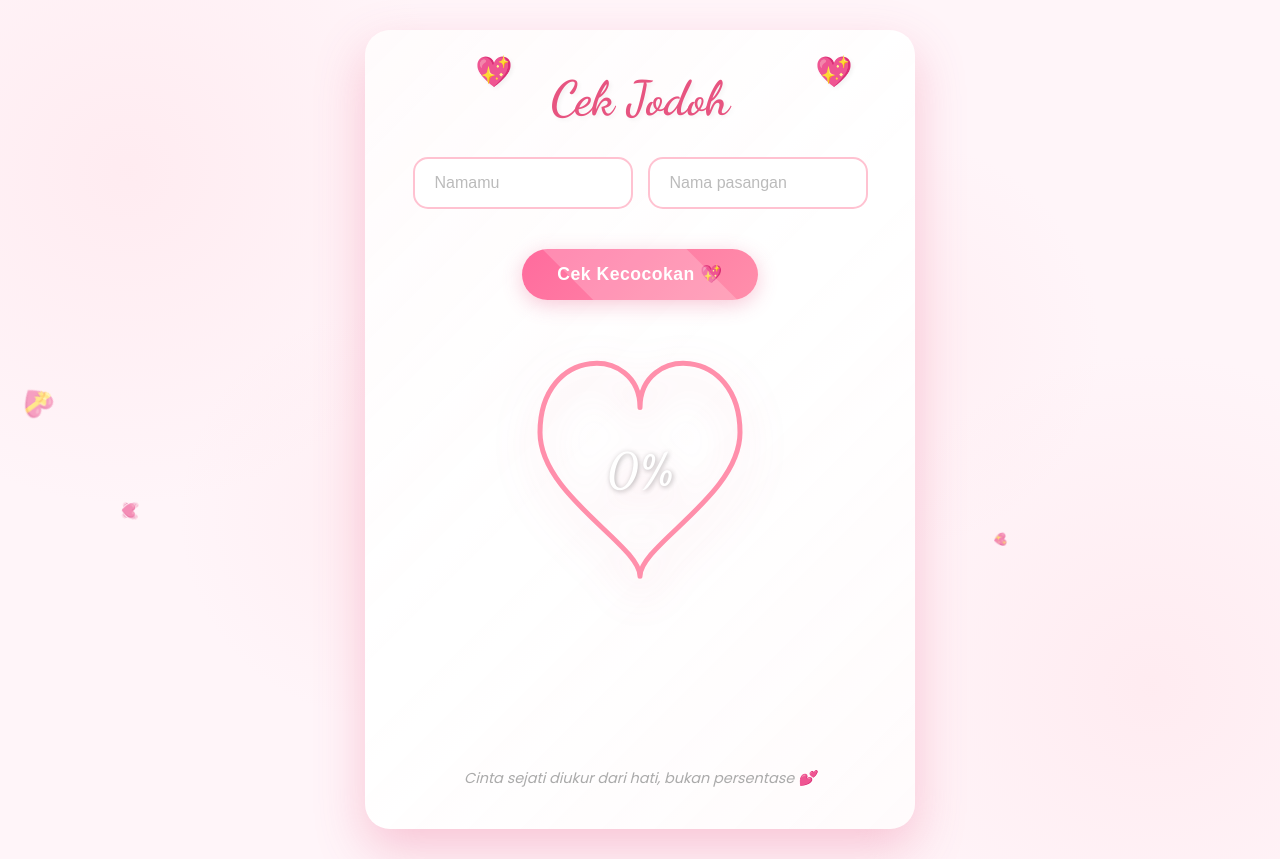
Repository: zhr-nabila/cek-jodoh
Page: cek.html
These files come from the project's save history. The page is drawn as it stood at one moment and after a run of saves; the edit follows.
The browser window is 1280 px wide. The pictures show the whole page.

Above is the page before, as saved 2025-06-10 00:38:56.

### cek.html
<!DOCTYPE html>
<html lang="id">
  <head>
    <meta charset="UTF-8" />
    <meta name="viewport" content="width=device-width, initial-scale=1.0" />
    <title>Cek Kecocokan Pasangan</title>
    <link
      rel="stylesheet"
      href="https://cdnjs.cloudflare.com/ajax/libs/animate.css/4.1.1/animate.min.css"
    />
    <style>
      @import url("https://fonts.googleapis.com/css2?family=Dancing+Script:wght@700&family=Poppins:wght@300;400;500;600&display=swap");

      :root {
        --pink-dark: #e75480;
        --pink-medium: #ff6b9d;
        --pink-light: #ff8fab;
        --pink-soft: #ffc2d1;
        --pink-pale: #fff5f9;
        --shadow-pink: rgba(231, 84, 128, 0.3);
      }

      * {
        box-sizing: border-box;
        margin: 0;
        padding: 0;
      }

      /* Ini biar scrollbar enggak keliatan */
      ::-webkit-scrollbar {
        width: 0;
        background: transparent;
      }

      body {
        background-color: var(--pink-pale);
        font-family: "Poppins", sans-serif;
        text-align: center;
        padding: 30px 0;
        margin: 0;
        min-height: 100vh;
        display: flex;
        justify-content: center;
        align-items: center;
        background-image: radial-gradient(
            circle at 10% 20%,
            rgba(255, 182, 193, 0.15) 0%,
            transparent 25%
          ),
          radial-gradient(
            circle at 90% 80%,
            rgba(255, 182, 193, 0.15) 0%,
            transparent 25%
          ),
          radial-gradient(
            circle at 30% 60%,
            rgba(255, 182, 193, 0.1) 0%,
            transparent 20%
          ),
          radial-gradient(
            circle at 70% 40%,
            rgba(255, 182, 193, 0.1) 0%,
            transparent 20%
          );
        overflow-x: hidden;
        -ms-overflow-style: none; /* IE dan Edge */
        scrollbar-width: none; /* Firefox */
      }

      .container {
        background: white;
        border-radius: 25px;
        padding: 40px;
        box-shadow: 0 20px 50px var(--shadow-pink);
        width: 95%;
        max-width: 550px;
        position: relative;
        overflow: hidden;
        transition: transform 0.3s ease;
        z-index: 1;
      }

      .container::before {
        content: "";
        position: absolute;
        top: -10px;
        left: -10px;
        right: -10px;
        bottom: -10px;
        background: linear-gradient(
          135deg,
          rgba(255, 192, 203, 0.1) 0%,
          rgba(255, 255, 255, 0) 50%,
          rgba(255, 192, 203, 0.1) 100%
        );
        border-radius: 30px;
        z-index: -1;
        animation: shine 8s infinite;
      }

      @keyframes shine {
        0%,
        100% {
          opacity: 0.3;
        }
        50% {
          opacity: 0.8;
        }
      }

      h1 {
        color: var(--pink-dark);
        font-size: 3rem;
        margin-bottom: 30px;
        font-family: "Dancing Script", cursive;
        text-shadow: 2px 2px 4px rgba(0, 0, 0, 0.05);
        position: relative;
        animation: fadeInDown 1s ease;
      }

      h1::after,
      h1::before {
        content: "💖";
        position: absolute;
        font-size: 1.8rem;
        animation: heartbeat 1.5s infinite;
      }

      h1::after {
        top: -15px;
        right: 5%;
      }

      h1::before {
        top: -15px;
        left: 15%;
      }

      .input-group {
        display: flex;
        gap: 15px;
        margin-bottom: 25px;
        justify-content: center;
        animation: fadeIn 1s ease 0.2s both;
      }

      input {
        padding: 15px 20px;
        font-size: 1rem;
        border-radius: 15px;
        border: 2px solid var(--pink-soft);
        width: 100%;
        max-width: 220px;
        transition: all 0.3s;
        background-color: rgba(255, 255, 255, 0.9);
        color: #555;
        font-weight: 500;
      }

      input::placeholder {
        color: #bbb;
        font-weight: 400;
      }

      input:focus {
        outline: none;
        border-color: var(--pink-medium);
        box-shadow: 0 0 0 4px rgba(255, 107, 157, 0.2);
        transform: translateY(-2px);
      }

      button {
        padding: 15px 35px;
        background: linear-gradient(
          135deg,
          var(--pink-medium) 0%,
          var(--pink-light) 100%
        );
        border: none;
        border-radius: 50px;
        color: white;
        font-size: 1.1rem;
        font-weight: 600;
        cursor: pointer;
        transition: all 0.3s;
        box-shadow: 0 5px 20px var(--shadow-pink);
        margin: 15px 0 25px;
        position: relative;
        overflow: hidden;
        animation: fadeIn 1s ease 0.4s both;
        letter-spacing: 0.5px;
      }

      button:hover {
        transform: translateY(-5px);
        box-shadow: 0 10px 25px rgba(231, 84, 128, 0.5);
        background: linear-gradient(
          135deg,
          var(--pink-dark) 0%,
          var(--pink-medium) 100%
        );
      }

      button:active {
        transform: translateY(1px);
      }

      button::after {
        content: "";
        position: absolute;
        top: -50%;
        left: -50%;
        width: 200%;
        height: 200%;
        background: rgba(255, 255, 255, 0.2);
        transform: rotate(45deg);
        transition: all 0.7s;
      }

      button:hover::after {
        left: 100%;
      }

      .love-meter-container {
        perspective: 1000px;
        margin: 30px auto;
        animation: fadeIn 1s ease 0.6s both;
      }

      .love-meter {
        position: relative;
        width: 250px;
        height: 230px;
        margin: 0 auto;
        filter: drop-shadow(0 15px 20px rgba(231, 84, 128, 0.25));
        transform-style: preserve-3d;
        transition: transform 0.5s ease;
      }

      .love-meter:hover {
        transform: rotateY(10deg) rotateX(5deg);
      }

      .heart-svg {
        width: 100%;
        height: 100%;
      }

      .love-fill {
        fill: url(#gradientFill);
        transition: y 1.5s cubic-bezier(0.68, -0.55, 0.27, 1.55),
          height 1.5s cubic-bezier(0.68, -0.55, 0.27, 1.55);
      }

      .percentage {
        position: absolute;
        top: 50%;
        left: 50%;
        transform: translate(-50%, -50%);
        font-size: 3rem;
        font-weight: bold;
        color: white;
        text-shadow: 1px 1px 5px rgba(0, 0, 0, 0.3);
        font-family: "Dancing Script", cursive;
        transition: all 0.3s;
      }

      .message {
        font-size: 1.3rem;
        margin: 20px 0;
        color: var(--pink-dark);
        min-height: 60px;
        padding: 0 20px;
        line-height: 1.5;
        opacity: 0;
        transform: translateY(10px);
        transition: all 0.5s ease-out 0.5s;
        font-weight: 500;
      }

      .message.show {
        opacity: 1;
        transform: translateY(0);
      }

      .couple-names {
        display: flex;
        justify-content: center;
        align-items: center;
        gap: 15px;
        font-size: 1.5rem;
        color: var(--pink-dark);
        font-weight: 600;
        margin-bottom: 15px;
        opacity: 0;
        transform: scale(0.9);
        transition: all 0.5s ease-out 0.3s;
      }

      .couple-names.show {
        opacity: 1;
        transform: scale(1);
      }

      .heart-icon {
        color: var(--pink-medium);
        font-size: 1.8rem;
        animation: heartbeat 1.5s infinite;
        display: inline-block;
        transform-origin: center;
      }

      @keyframes heartbeat {
        0% {
          transform: scale(1);
        }
        25% {
          transform: scale(1.1);
        }
        50% {
          transform: scale(1);
        }
        75% {
          transform: scale(1.1);
        }
        100% {
          transform: scale(1);
        }
      }

      .floating-hearts {
        position: fixed;
        width: 100%;
        height: 100%;
        top: 0;
        left: 0;
        pointer-events: none;
        z-index: -1;
        overflow: hidden;
      }

      .floating-heart {
        position: absolute;
        font-size: 1rem;
        color: var(--pink-light);
        opacity: 0;
        animation: float-up 4s linear forwards;
        z-index: -1;
      }

      @keyframes float-up {
        0% {
          transform: translateY(100vh) rotate(0deg) scale(0.5);
          opacity: 0;
        }
        10% {
          opacity: 0.8;
        }
        100% {
          transform: translateY(-20vh) rotate(360deg) scale(1.2);
          opacity: 0;
        }
      }

      .sparkle {
        position: absolute;
        width: 5px;
        height: 5px;
        background-color: #fff;
        border-radius: 50%;
        pointer-events: none;
        opacity: 0;
        animation: sparkle 1s forwards;
      }

      @keyframes sparkle {
        0% {
          transform: scale(0);
          opacity: 0;
        }
        50% {
          opacity: 0.8;
        }
        100% {
          transform: scale(2);
          opacity: 0;
        }
      }

      .ripple {
        position: absolute;
        border-radius: 50%;
        background-color: rgba(255, 255, 255, 0.6);
        transform: scale(0);
        pointer-events: none;
        animation: ripple 1s ease-out;
      }

      @keyframes ripple {
        to {
          transform: scale(4);
          opacity: 0;
        }
      }

      .confetti {
        position: absolute;
        width: 10px;
        height: 10px;
        background-color: var(--pink-light);
        opacity: 0;
        animation: confetti-fall 3s linear forwards;
      }

      @keyframes confetti-fall {
        0% {
          transform: translateY(-100vh) rotate(0deg);
          opacity: 1;
        }
        100% {
          transform: translateY(100vh) rotate(360deg);
          opacity: 0;
        }
      }

      .footer-note {
        margin-top: 30px;
        font-size: 0.9rem;
        color: #aaa;
        font-style: italic;
        animation: fadeIn 1s ease 0.8s both;
      }

      @media (max-width: 600px) {
        .container {
          padding: 30px 20px;
          width: 95%;
        }

        h1 {
          font-size: 2.5rem;
        }

        h1::after,
        h1::before {
          font-size: 1.5rem;
        }

        .input-group {
          flex-direction: column;
          align-items: center;
          gap: 15px;
        }

        input {
          max-width: 100%;
          padding: 12px 15px;
        }

        .love-meter {
          width: 200px;
          height: 180px;
        }

        .percentage {
          font-size: 2.5rem;
        }

        button {
          padding: 12px 25px;
          font-size: 1rem;
        }

        .couple-names {
          font-size: 1.3rem;
        }

        .message {
          font-size: 1.1rem;
        }
      }

      /* Animations */
      @keyframes fadeIn {
        from {
          opacity: 0;
        }
        to {
          opacity: 1;
        }
      }

      @keyframes fadeInDown {
        from {
          opacity: 0;
          transform: translateY(-20px);
        }
        to {
          opacity: 1;
          transform: translateY(0);
        }
      }

      @keyframes bounceIn {
        from {
          opacity: 0;
          transform: scale(0.5);
        }
        to {
          opacity: 1;
          transform: scale(1);
        }
      }
    </style>
  </head>
  <body>
    <div class="container">
      <h1 class="animate__animated animate__fadeInDown">Cek Jodoh</h1>

      <div class="input-group">
        <input
          type="text"
          id="name1"
          placeholder="Namamu"
          class="animate__animated animate__fadeIn"
        />
        <input
          type="text"
          id="name2"
          placeholder="Nama pasangan"
          class="animate__animated animate__fadeIn"
        />
      </div>

      <button onclick="hitung()" class="animate__animated animate__fadeIn">
        Cek Kecocokan 💖
      </button>

      <div class="love-meter-container">
        <div class="love-meter">
          <svg viewBox="0 0 200 180" class="heart-svg">
            <defs>
              <clipPath id="heartClip">
                <path
                  d="M100 40
                   C100 -10, 180 -10, 180 60
                   C180 110, 100 150, 100 175
                   C100 150, 20 110, 20 60
                   C20 -10, 100 -10, 100 40Z"
                />
              </clipPath>
              <linearGradient id="gradientFill" x1="0" y1="1" x2="0" y2="0">
                <stop offset="0%" stop-color="#e75480" />
                <stop offset="50%" stop-color="#ff6b9d" />
                <stop offset="100%" stop-color="#ff8fab" />
              </linearGradient>
            </defs>
            <rect
              class="love-fill"
              x="0"
              y="180"
              width="200"
              height="0"
              clip-path="url(#heartClip)"
            />
            <path
              d="M100 40
               C100 -10, 180 -10, 180 60
               C180 110, 100 150, 100 175
               C100 150, 20 110, 20 60
               C20 -10, 100 -10, 100 40Z"
              fill="none"
              stroke="#ff8fab"
              stroke-width="4"
              stroke-linejoin="round"
            />
          </svg>
          <div class="percentage">0%</div>
        </div>
      </div>

      <div class="couple-names" id="couple-names">
        <span id="name1-output">Kamu</span>
        <span class="heart-icon">❤️</span>
        <span id="name2-output">Dia</span>
      </div>

      <div class="message" id="message"></div>

      <div class="footer-note">
        Cinta sejati diukur dari hati, bukan persentase 💕
      </div>
    </div>

    <div class="floating-hearts" id="floating-hearts"></div>

    <script>
      function hitungKecocokan(nama1, nama2) {
        let skor = 0;
        const gabungan = (nama1 + nama2).toLowerCase();

        // Hitung berdasarkan huruf
        for (let char of gabungan) {
          skor += char.charCodeAt(0);
        }

        // Tambah random biar seru
        const random = Math.floor(Math.random() * 11); // 0-10

        // Skor dasar antara 40-100 ditambah random
        return Math.min(40 + (skor % 61) + random, 100);
      }

      function dapatkanPesan(skor) {
        if (skor >= 95)
          return "Jodoh sejati! Kalian ditakdirkan bersama ✨💫";
        if (skor >= 90) return "Cinta abadi! Hubungan kalian kuat banget 💖";
        if (skor >= 80) return "Pasangan serasi! Kalian memang berjodoh 😍";
        if (skor >= 70) return "Chemistry-nya wow! Kalian saling melengkapi 🌟";
        if (skor >= 60) return "Potensi bagus! Rawat terus hubungan ini ❤️";
        if (skor >= 50) return "Koneksi oke! Bisa berkembang kalau dijaga 🌱";
        if (skor >= 40) return "Teman dulu aja! Siapa tahu nanti jadian 😊";
        return "Unik banget! Setiap kisah cinta itu spesial 💞";
      }

      function buatHati(jumlah = 5) {
        const container = document.getElementById("floating-hearts");
        const simbolHati = ["❤️", "💖", "💗", "💓", "💘", "💝"];

        for (let i = 0; i < jumlah; i++) {
          const hati = document.createElement("div");
          hati.classList.add("floating-heart");
          hati.innerHTML =
            simbolHati[Math.floor(Math.random() * simbolHati.length)];
          hati.style.left = Math.random() * 100 + "vw";
          hati.style.animationDuration = Math.random() * 3 + 3 + "s";
          hati.style.fontSize = Math.random() * 20 + 15 + "px";
          hati.style.animationDelay = Math.random() * 2 + "s";
          container.appendChild(hati);

          setTimeout(() => {
            hati.remove();
          }, 5000);
        }
      }

      function buatKilatan(x, y) {
        for (let i = 0; i < 10; i++) {
          const kilat = document.createElement("div");
          kilat.classList.add("sparkle");
          kilat.style.left = x + "px";
          kilat.style.top = y + "px";
          kilat.style.animationDelay = i * 0.1 + "s";
          document.body.appendChild(kilat);

          setTimeout(() => {
            kilat.remove();
          }, 1000);
        }
      }

      function buatRipple(x, y) {
        const ripple = document.createElement("div");
        ripple.classList.add("ripple");
        ripple.style.left = x + "px";
        ripple.style.top = y + "px";
        document.body.appendChild(ripple);

        setTimeout(() => {
          ripple.remove();
        }, 1000);
      }

      function buatKonfeti() {
        const warna = ["#ff6b9d", "#ff8fab", "#ffc2d1", "#e75480", "#ffb6c1"];
        const container = document.getElementById("floating-hearts");

        for (let i = 0; i < 50; i++) {
          const konfeti = document.createElement("div");
          konfeti.classList.add("confetti");
          konfeti.style.left = Math.random() * 100 + "vw";
          konfeti.style.backgroundColor =
            warna[Math.floor(Math.random() * warna.length)];
          konfeti.style.width = Math.random() * 10 + 5 + "px";
          konfeti.style.height = Math.random() * 10 + 5 + "px";
          konfeti.style.animationDuration = Math.random() * 2 + 2 + "s";
          container.appendChild(konfeti);

          setTimeout(() => {
            konfeti.remove();
          }, 3000);
        }
      }

      function animasiDetakHati() {
        const iconHati = document.querySelector(".heart-icon");
        iconHati.style.animation = "none";
        void iconHati.offsetWidth; // Trigger reflow
        iconHati.style.animation = "heartbeat 0.6s ease 3";
      }

      function hitung() {
        const nama1 = document.getElementById("name1").value.trim();
        const nama2 = document.getElementById("name2").value.trim();
        const isiHati = document.querySelector(".love-fill");
        const persentase = document.querySelector(".percentage");
        const pesan = document.getElementById("message");
        const nama1Output = document.getElementById("name1-output");
        const nama2Output = document.getElementById("name2-output");
        const pasangan = document.getElementById("couple-names");
        const container = document.querySelector(".container");

        if (!nama1 || !nama2) {
          alert("Isi dulu nama kalian berdua dong!");
          return;
        }

        // Animasi klik
        container.classList.add("animate__animated", "animate__pulse");
        setTimeout(() => {
          container.classList.remove("animate__animated", "animate__pulse");
        }, 1000);

        // Update nama
        nama1Output.textContent = nama1 || "Kamu";
        nama2Output.textContent = nama2 || "Dia";

        // Reset tampilan
        isiHati.setAttribute("y", 180);
        isiHati.setAttribute("height", 0);
        persentase.textContent = "0%";
        pesan.textContent = "";
        pesan.classList.remove("show");
        pasangan.classList.remove("show");

        // Hitung
        const persen = hitungKecocokan(nama1, nama2);
        const tinggiMaks = 180;
        const tinggiIsi = (persen / 100) * tinggiMaks;

        // Animasi setelah jeda
        setTimeout(() => {
          isiHati.setAttribute("y", tinggiMaks - tinggiIsi);
          isiHati.setAttribute("height", tinggiIsi);

          let sekarang = 0;
          const timer = setInterval(() => {
            sekarang++;
            persentase.textContent = sekarang + "%";

            // Animasi detak jantung di persentase tertentu
            if (sekarang === 50 || sekarang === 75 || sekarang === persen) {
              animasiDetakHati();
            }

            if (sekarang >= persen) {
              clearInterval(timer);
              pesan.textContent = dapatkanPesan(persen);
              pesan.classList.add("show");
              pasangan.classList.add("show");

              // Efek keren berdasarkan skor
              if (persen >= 80) {
                buatKonfeti();
                for (let i = 0; i < 20; i++) {
                  setTimeout(() => {
                    buatHati(5);
                  }, i * 100);
                }
              } else if (persen >= 60) {
                for (let i = 0; i < 15; i++) {
                  setTimeout(() => {
                    buatHati(3);
                  }, i * 150);
                }
              } else {
                for (let i = 0; i < 10; i++) {
                  setTimeout(() => {
                    buatHati(2);
                  }, i * 200);
                }
              }
            }
          }, 20);
        }, 100);
      }

      // Efek kilat saat input diklik
      document.querySelectorAll("input").forEach((input) => {
        input.addEventListener("focus", (e) => {
          const rect = e.target.getBoundingClientRect();
          buatKilatan(
            rect.left + rect.width / 2,
            rect.top + rect.height / 2
          );
        });
      });

      // Efek ripple saat tombol diklik
      document.querySelector("button").addEventListener("click", (e) => {
        const rect = e.target.getBoundingClientRect();
        buatRipple(rect.left + rect.width / 2, rect.top + rect.height / 2);
      });

      // Bisa pake Enter juga
      document.addEventListener("keypress", function (e) {
        if (e.key === "Enter") {
          hitung();
        }
      });

      // Hati-harti awal
      for (let i = 0; i < 8; i++) {
        setTimeout(() => {
          buatHati(1);
        }, i * 800);
      }
    </script>
  </body>
</html>

After the next 2 saves:
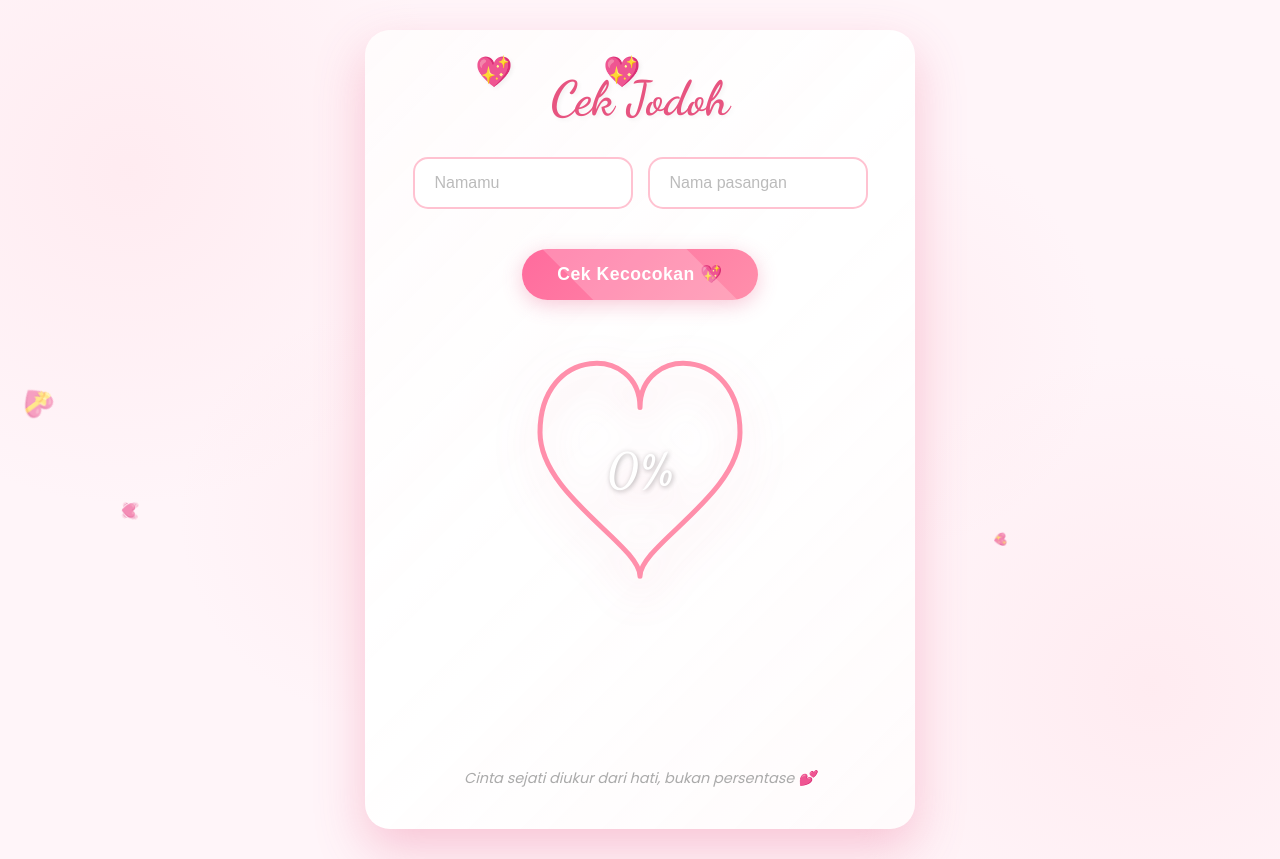
The 2 saves are shown as one change because they came seconds apart.
The last was saved 8 s later.
--- a/cek.html
+++ b/cek.html
@@ -128,7 +128,7 @@
 
       h1::after {
         top: -15px;
-        right: 5%;
+        right: 50%;
       }
 
       h1::before {
